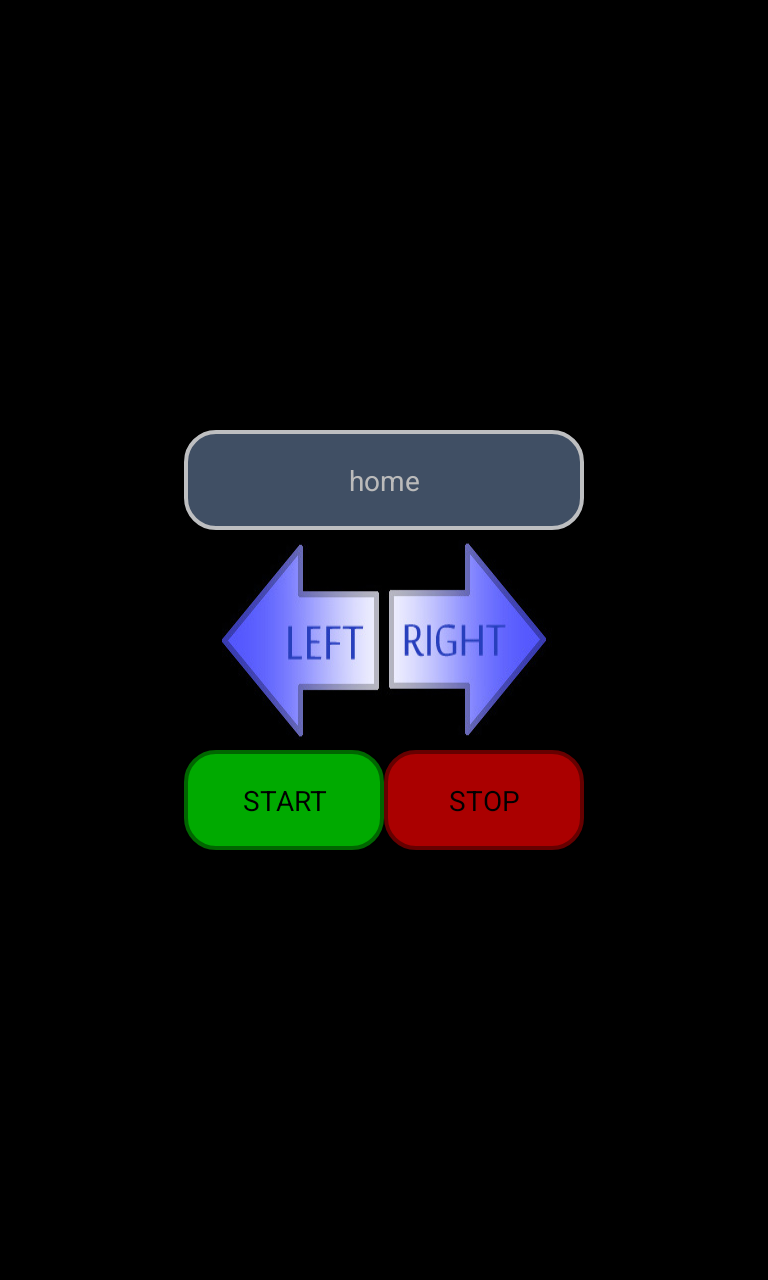
Repository: anant-agarwal/pc_remote
Layout: android_client/sample/res/layout/main.xml
These files come from the project's save history. The layout is drawn as it stood at one moment and after the next save; the edit follows.
It is drawn on a 768 x 1280 px phone screen (xhdpi) without system bars, with theme android:Theme; the app's code is not run.

Above is the layout before, as saved 2012-10-25 16:17:25.

### android_client/sample/res/layout/main.xml
<?xml version="1.0" encoding="utf-8"?>
<LinearLayout xmlns:android="http://schemas.android.com/apk/res/android"
    android:layout_width="match_parent"
    android:layout_height="match_parent"
    android:gravity="center"
    android:orientation="vertical" >

    <LinearLayout
        android:id="@+id/home"
        android:layout_width="match_parent"
        android:layout_height="wrap_content"
        android:gravity="center"
        android:orientation="vertical"
        android:padding="5dp" >

        <Button
            android:id="@+id/home"
            android:layout_width="200dp"
            android:layout_height="50dp"
            android:background="@drawable/btnstyle1"
            android:onClick="btn"
            android:text="home"
            android:textColor="@color/white" />

    </LinearLayout>

    <LinearLayout
        android:layout_width="match_parent"
        android:layout_height="wrap_content"
        android:gravity="center" >

        <Button
            android:id="@+id/btn1"
            android:layout_width="wrap_content"
            android:layout_height="100dp"
            android:background="@drawable/leftclick"
            android:onClick="btn"
            android:text="@string/empty" />

        <Button
            android:id="@+id/btn2"
            android:layout_width="wrap_content"
            android:layout_height="100dp"
            android:background="@drawable/rightclick"
            android:onClick="btn"
            android:text="@string/empty" />
    </LinearLayout>

    <LinearLayout
        android:layout_width="match_parent"
        android:layout_height="wrap_content"
        android:gravity="center"
        android:padding="5dp" >

        <Button
            android:id="@+id/btn3"
            android:layout_width="100dp"
            android:layout_height="50dp"
            android:background="@drawable/btnstyle2"
            android:onClick="btn"
            android:text="START" />

        <Button
            android:id="@+id/btn4"
            android:layout_width="100dp"
            android:layout_height="50dp"
            android:background="@drawable/btnstyle3"
            android:onClick="btn"
            android:text="STOP" />
    </LinearLayout>

</LinearLayout>

### android_client/sample/res/drawable/btnstyle1.xml
<?xml version="1.0" encoding="utf-8"?>
<layer-list xmlns:android="http://schemas.android.com/apk/res/android">
    <item>
        <shape android:shape="rectangle" >
            <corners android:radius="15dp" />
            <solid android:color="#404f64" />
            <stroke android:width="2dp" android:color="#bebfc1"/>
        </shape>
    </item>
</layer-list>

### android_client/sample/res/values/strings.xml
<?xml version="1.0" encoding="utf-8"?>
<!-- Copyright (C) 2009 The Android Open Source Project

     Licensed under the Apache License, Version 2.0 (the "License");
     you may not use this file except in compliance with the License.
     You may obtain a copy of the License at

          http://www.apache.org/licenses/LICENSE-2.0

     Unless required by applicable law or agreed to in writing, software
     distributed under the License is distributed on an "AS IS" BASIS,
     WITHOUT WARRANTIES OR CONDITIONS OF ANY KIND, either express or implied.
     See the License for the specific language governing permissions and
     limitations under the License.
-->

<resources>
    <string name="app_name">PC remote</string>

    <!--  BluetoothChat -->
    <string name="send">Send</string>
    <string name="not_connected">You are not connected to a device</string>
    <string name="bt_not_enabled_leaving">Bluetooth was not enabled. Leaving Bluetooth Chat.</string>
    <string name="title_connecting">connecting...</string>
    <string name="title_connected_to">connected: </string>
    <string name="title_not_connected">not connected</string>

    <!--  DeviceListActivity -->
    <string name="scanning">scanning for devices...</string>
    <string name="select_device">select a device to connect</string>
    <string name="none_paired">No devices have been paired</string>
    <string name="none_found">No devices found</string>
    <string name="title_paired_devices">Paired Devices</string>
    <string name="title_other_devices">Other Available Devices</string>
    <string name="button_scan">Scan for devices</string>

    <!-- Options Menu -->
    <string name="connect">Connect a device</string>
    <string name="discoverable">Make discoverable</string>
    <color name="white">#BBBBBB</color>
    <string name="empty"></string>
</resources>

### android_client/sample/res/drawable/leftclick.xml
<?xml version="1.0" encoding="utf-8"?>
<selector xmlns:android="http://schemas.android.com/apk/res/android">
    <item android:drawable="@drawable/rembtnlg"
          android:state_pressed="true" />
    <item android:drawable="@drawable/rembtnlg"
          android:state_focused="true" />
    <item android:drawable="@drawable/rembtnl" />
</selector>

### android_client/sample/res/drawable/rightclick.xml
<?xml version="1.0" encoding="utf-8"?>
<selector xmlns:android="http://schemas.android.com/apk/res/android">
    <item android:drawable="@drawable/rembtnrg"
          android:state_pressed="true" />
    <item android:drawable="@drawable/rembtnrg"
          android:state_focused="true" />
    <item android:drawable="@drawable/rembtnr" />
</selector>

### android_client/sample/res/drawable/btnstyle2.xml
<?xml version="1.0" encoding="utf-8"?>
<layer-list xmlns:android="http://schemas.android.com/apk/res/android">
    <item>
        <shape android:shape="rectangle" >
            <corners android:radius="15dp" />
            <solid android:color="#00aa00" />
            <stroke android:width="2dp" android:color="#006600"/>
        </shape>
    </item>
</layer-list>

### android_client/sample/res/drawable/btnstyle3.xml
<?xml version="1.0" encoding="utf-8"?>
<layer-list xmlns:android="http://schemas.android.com/apk/res/android">
    <item>
        <shape android:shape="rectangle" >
            <corners android:radius="15dp" />
            <solid android:color="#aa0000" />
            <stroke android:width="2dp" android:color="#660000"/>
        </shape>
    </item>
</layer-list>

After the next save:
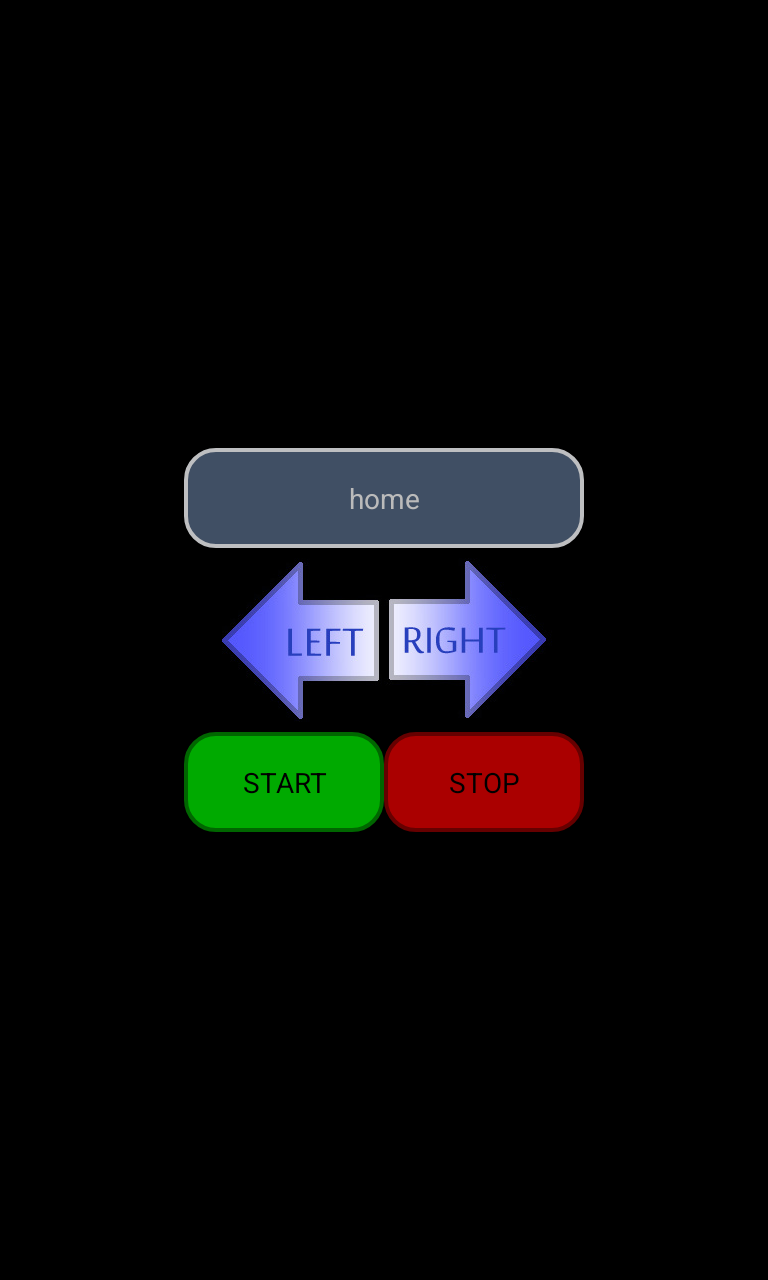
Saved 23 s later.
--- a/android_client/sample/res/layout/main.xml
+++ b/android_client/sample/res/layout/main.xml
@@ -32,7 +32,7 @@
         <Button
             android:id="@+id/btn1"
             android:layout_width="wrap_content"
-            android:layout_height="100dp"
+            android:layout_height="wrap_content"
             android:background="@drawable/leftclick"
             android:onClick="btn"
             android:text="@string/empty" />
@@ -40,10 +40,11 @@
         <Button
             android:id="@+id/btn2"
             android:layout_width="wrap_content"
-            android:layout_height="100dp"
+            android:layout_height="wrap_content"
             android:background="@drawable/rightclick"
             android:onClick="btn"
             android:text="@string/empty" />
+
     </LinearLayout>
 
     <LinearLayout

After the save that followed:
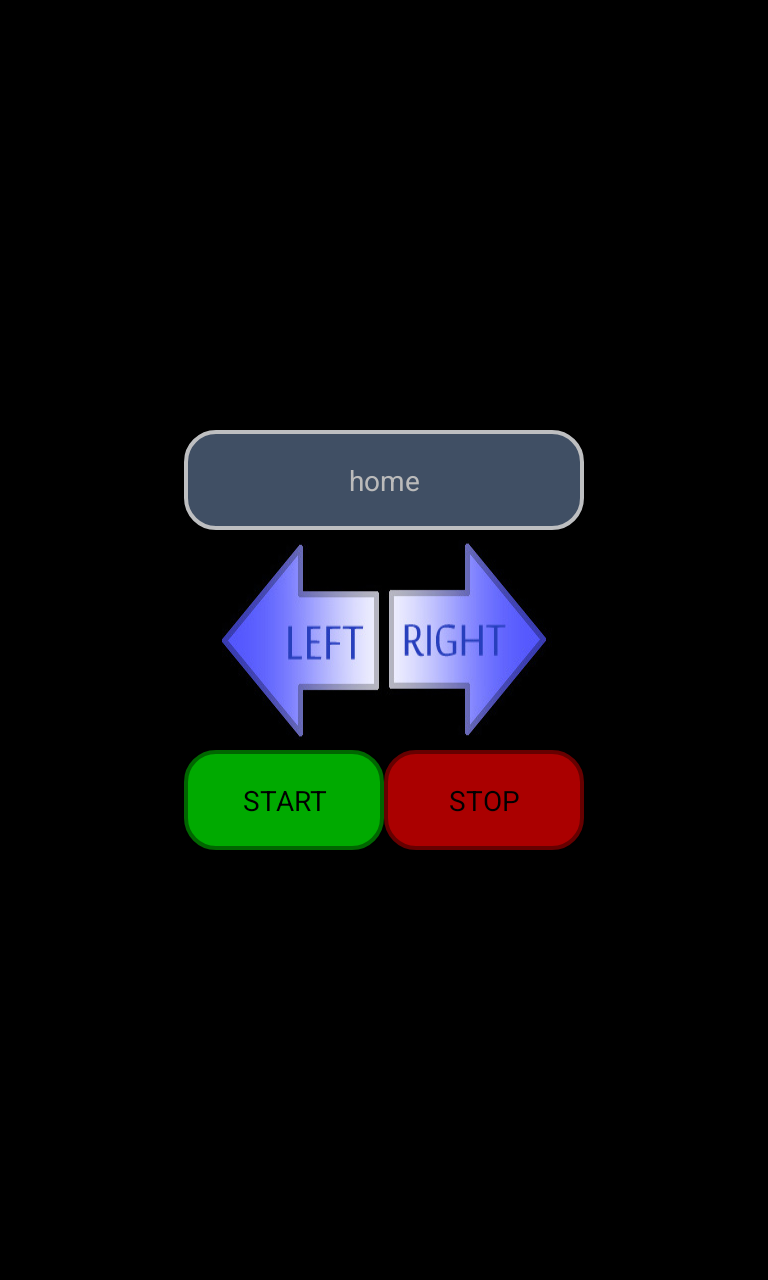
Saved 76 s later.
--- a/android_client/sample/res/layout/main.xml
+++ b/android_client/sample/res/layout/main.xml
@@ -32,7 +32,7 @@
         <Button
             android:id="@+id/btn1"
             android:layout_width="wrap_content"
-            android:layout_height="wrap_content"
+            android:layout_height="100dp"
             android:background="@drawable/leftclick"
             android:onClick="btn"
             android:text="@string/empty" />
@@ -40,11 +40,10 @@
         <Button
             android:id="@+id/btn2"
             android:layout_width="wrap_content"
-            android:layout_height="wrap_content"
+            android:layout_height="100dp"
             android:background="@drawable/rightclick"
             android:onClick="btn"
             android:text="@string/empty" />
-
     </LinearLayout>
 
     <LinearLayout
